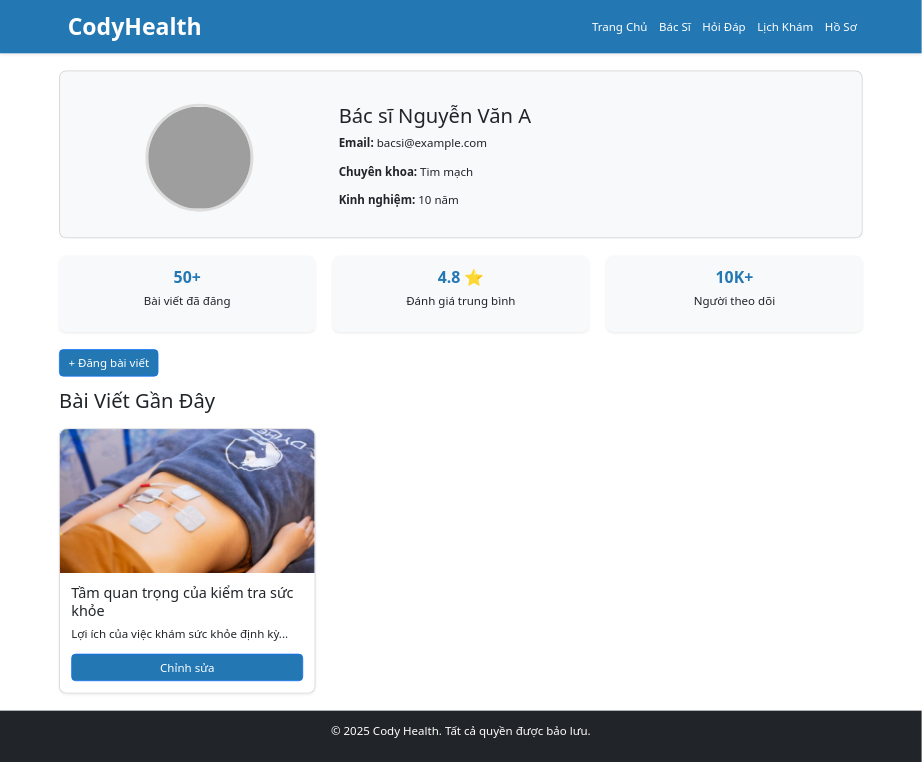
Repository: JonesKhaii/CodySocial
Page: tests/web-test/account.html
The author's editor kept a copy of each file at every save. The page is drawn from the files as they stood at one save, then again after the next save.
The browser window is 1280 px wide. The pictures show the whole page, at 72% of full size.
Pictures or frames that could not be fetched are drawn as grey boxes.

Above is the page before, as saved 2025-02-10 02:27:55.

### tests/web-test/account.html
<!DOCTYPE html>
<html lang="vi">
    <head>
        <title>Hồ Sơ Bác Sĩ</title>
        <meta charset="UTF-8" />
        <meta name="viewport" content="width=device-width, initial-scale=1.0" />
        <link
            href="https://cdn.jsdelivr.net/npm/bootstrap@5.2.3/dist/css/bootstrap.min.css"
            rel="stylesheet"
        />
        <link rel="stylesheet" href="asset/css/mystyle.css" />
        <script src="https://code.jquery.com/jquery-3.6.1.min.js"></script>
    </head>

    <body>
        <header
            class="navbar navbar-expand-lg navbar-light bg-primary shadow-sm"
        >
            <div class="container">
                <a class="navbar-brand fs-2 text-white" href="index.html"
                    >CodyHealth</a
                >
                <button
                    class="navbar-toggler"
                    type="button"
                    data-bs-toggle="collapse"
                    data-bs-target="#navbarNav"
                >
                    <span class="navbar-toggler-icon"></span>
                </button>
                <div class="collapse navbar-collapse" id="navbarNav">
                    <ul class="navbar-nav ms-auto">
                        <li class="nav-item">
                            <a class="nav-link text-white" href="index.html"
                                >Trang Chủ</a
                            >
                        </li>
                        <li class="nav-item">
                            <a class="nav-link text-white" href="#">Bác Sĩ</a>
                        </li>
                        <li class="nav-item">
                            <a class="nav-link text-white" href="#">Hỏi Đáp</a>
                        </li>
                        <li class="nav-item">
                            <a class="nav-link text-white" href="#"
                                >Lịch Khám</a
                            >
                        </li>
                        <li class="nav-item">
                            <a class="nav-link text-white active" href="#"
                                >Hồ Sơ</a
                            >
                        </li>
                    </ul>
                </div>
            </div>
        </header>

        <div class="container mt-4">
            <!-- Hồ sơ bác sĩ -->
            <div class="card profile-card p-4 mb-4">
                <div class="row">
                    <div class="col-md-4 text-center">
                        <img
                            src="asset/images/doctor.jpg"
                            class="profile-img rounded-circle"
                            alt="Bác sĩ"
                        />
                    </div>
                    <div class="col-md-8">
                        <h3>Bác sĩ Nguyễn Văn A</h3>
                        <p><strong>Email:</strong> bacsi@example.com</p>
                        <p><strong>Chuyên khoa:</strong> Tim mạch</p>
                        <p><strong>Kinh nghiệm:</strong> 10 năm</p>
                    </div>
                </div>
            </div>

            <!-- Thống kê nhanh -->
            <div class="row mb-4">
                <div class="col-md-4">
                    <div class="stat-card shadow-sm p-3 text-center">
                        <h4>50+</h4>
                        <p>Bài viết đã đăng</p>
                    </div>
                </div>
                <div class="col-md-4">
                    <div class="stat-card shadow-sm p-3 text-center">
                        <h4>4.8 ⭐</h4>
                        <p>Đánh giá trung bình</p>
                    </div>
                </div>
                <div class="col-md-4">
                    <div class="stat-card shadow-sm p-3 text-center">
                        <h4>10K+</h4>
                        <p>Người theo dõi</p>
                    </div>
                </div>
            </div>

            <!-- Nút đăng bài -->
            <button id="togglePostForm" class="btn btn-primary mb-3">
                + Đăng bài viết
            </button>

            <!-- Form đăng bài viết (Ẩn mặc định) -->
            <div
                id="postArticleSection"
                class="card p-4 mb-4"
                style="display: none"
            >
                <h3>Đăng bài viết mới</h3>
                <form id="postArticleForm">
                    <div class="mb-3">
                        <label for="articleTitle" class="form-label"
                            >Tiêu đề bài viết</label
                        >
                        <input
                            type="text"
                            class="form-control"
                            id="articleTitle"
                            required
                        />
                    </div>
                    <div class="mb-3">
                        <label for="articleCategory" class="form-label"
                            >Chuyên mục</label
                        >
                        <select class="form-select" id="articleCategory">
                            <option>Sức khỏe tổng quát</option>
                            <option>Tim mạch</option>
                            <option>Dinh dưỡng</option>
                        </select>
                    </div>
                    <div class="mb-3">
                        <label for="articleImage" class="form-label"
                            >Hình ảnh</label
                        >
                        <input
                            type="file"
                            class="form-control"
                            id="articleImage"
                        />
                    </div>
                    <div class="mb-3">
                        <label for="articleContent" class="form-label"
                            >Nội dung</label
                        >
                        <textarea
                            class="form-control"
                            id="articleContent"
                            rows="4"
                            required
                        ></textarea>
                    </div>
                    <button type="submit" class="btn btn-primary">
                        Đăng bài viết
                    </button>
                </form>
            </div>

            <!-- Danh sách bài viết gần đây -->
            <h3 class="mb-3">Bài Viết Gần Đây</h3>
            <div class="row" id="DoctorArticles">
                <div class="col-md-4">
                    <div class="card shadow-sm">
                        <img
                            src="asset/images/posts/post1.webp"
                            class="card-img-top"
                            alt="Bài viết 1"
                        />
                        <div class="card-body">
                            <h5 class="card-title">
                                Tầm quan trọng của kiểm tra sức khỏe
                            </h5>
                            <p class="card-text">
                                Lợi ích của việc khám sức khỏe định kỳ...
                            </p>
                            <button class="btn btn-primary w-100">
                                Chỉnh sửa
                            </button>
                        </div>
                    </div>
                </div>
            </div>
        </div>

        <footer class="footer text-white text-center mt-4 p-3 bg-dark">
            <p>© 2025 Cody Health. Tất cả quyền được bảo lưu.</p>
        </footer>

        <script src="asset/js/main.js"></script>
    </body>
</html>

### tests/web-test/asset/css/mystyle.css
.btn-primary {
    background-color: #2377b3 !important;
}
header.bg-primary {
    background-color: #2377b3 !important;
}
.navbar-toggler {
    border-color: #fff; /* Đổi màu viền thành trắng */
}

.navbar-toggler-icon {
    filter: invert(1); /* Đảo màu từ đen sang trắng */
}

/*General*/
h1 {
    color: #05223c;
    font-weight: bold;
}

h4 {
    color: #05223c;
    font-weight: bold;
}

.container-fluid {
    margin-top: 4%;
    margin-bottom: 2%;
}

.col-4 > p {
    margin-top: 3%;
    margin-bottom: 1%;
}

.col-4 > p > ol {
    margin-bottom: 1%;
}

.row {
    margin-top: 2% !important;
}

.col-12 > h1 {
    text-align: center;
}
/*End General*/

/*Header*/
header > .navbar {
    padding: 0px;
    border-top: 10px solid #747474;
    border-bottom: 10px solid #747474;
}

.Header {
    background-color: #747474;
    padding: 0px;
    margin: 0px;
}

#navbarSupportedContent {
    flex-grow: 0;
}

.navbar-toggler {
    margin-right: 12px;
    float: right;
}
header .navbar-brand {
    font-weight: 700;
    margin-left: 12px;
    width: 40px;
}
/*End Header*/

/* Dãy banner nhỏ */
.small-banner {
    width: 100%;
    height: 120px;
    object-fit: cover;
    border-radius: 10px;
    transition: transform 0.3s ease-in-out;
}

.small-banner:hover {
    transform: scale(1.05);
}

/*Body*/
form.nosubmit {
    border: none;
    padding: 0;
}

input.nosubmit {
    border-radius: 10px;
    width: 98%;
    border: 1px solid #555;
    display: block;
    padding: 9px 4px 9px 40px;
    background: transparent
        url("data:[embedded picture, 348 characters]")
        no-repeat 13px center;
}

#Ordem > option,
#Genero > option {
    text-align: left;
}

#Ordem,
#Genero {
    margin-right: 4%;
    float: right;
    border: 1px solid black;
    color: #5b5b5b;
    font-weight: bold;
}

#Games > div > img {
    width: 100%;
    height: 250px;
}

#Games > div {
    margin-top: 2%;
}

#Games > div > a {
    margin-top: 1.5%;
    color: black;
    text-decoration: none;
    font-size: 1.25rem;
    margin-top: 0;
    margin-bottom: 0.5rem;
    font-weight: 500;
    line-height: 1.2;
}

#Games > div > a:hover {
    color: gray;
}

#Publisher > div > img {
    width: 100%;
    height: 250px;
}

#Desc > img {
    height: 450px;
}

/* Ảnh của bài viếtviết */

.card {
    border-radius: 10px;
    transition: transform 0.3s ease-in-out;
}

.card:hover {
    transform: scale(1.03);
}

.card-img-top {
    height: 200px;
    object-fit: cover;
    border-top-left-radius: 10px;
    border-top-right-radius: 10px;
}

/* Tác giả nổi bật */
#PopularAuthors {
    display: flex;
    flex-wrap: wrap;
    justify-content: center;
}

.author-card {
    background-color: #f8f9fa;
    border-radius: 10px;
    padding: 15px;
    text-align: center;
    margin: 10px;
    transition: transform 0.3s ease-in-out;
    width: 220px;
}

.author-card:hover {
    transform: scale(1.05);
}

.author-card img {
    width: 80px;
    height: 80px;
    border-radius: 50%;
    margin-bottom: 10px;
}

.author-card h5 {
    font-size: 18px;
    font-weight: bold;
}

.author-card p {
    font-size: 14px;
    color: #6c757d;
}

/*Footer*----------------------------------------------------------------------------------------------------------/
/* Footer */
.footer {
    background-color: #2377b3; /* Màu xanh chủ đạo */
    padding: 30px 0;
    font-size: 16px;
}

/* Tiêu đề */
.footer h4 {
    font-size: 20px;
    font-weight: bold;
    margin-bottom: 10px;
}

/* Mạng xã hội */
.social-icons a {
    display: inline-block;
    margin: 0 10px;
    transition: transform 0.3s ease-in-out;
}

.social-icons img {
    width: 30px;
    height: 30px;
}

.social-icons a:hover {
    transform: scale(1.2);
}

/* Bản quyền */
.copyright {
    border-top: 1px solid rgba(255, 255, 255, 0.2);
    padding-top: 15px;
    font-size: 14px;
}

/* Hồ sơ bác sĩ */
.profile-card {
    border-radius: 10px;
    background-color: #f8f9fa;
}
.profile-img {
    width: 150px;
    height: 150px;
    object-fit: cover;
    border: 4px solid #ddd;
}

/* Bài viết đã đăng */
/* Hồ sơ bác sĩ */
.profile-card {
    border-radius: 10px;
    background-color: #f8f9fa;
}
.profile-img {
    width: 150px;
    height: 150px;
    object-fit: cover;
    border: 4px solid #ddd;
}

/* Thống kê nhanh */
.stat-card {
    border-radius: 10px;
    background-color: #f8f9fa;
}
.stat-card h4 {
    font-size: 22px;
    font-weight: bold;
    color: #2377b3;
}

/* Hiệu ứng card */
.card {
    transition: transform 0.3s ease-in-out;
}
.card:hover {
    transform: scale(1.03);
}

/* RESPONSIVE ----------------------------------------------------------------------------------------------------------------*/
@media (max-width: 1200px) {
    #Games > div > img {
        height: 180px;
    }
    #Publisher > div > img {
        height: 180px;
    }
}

@media (max-width: 1065px) {
    #Desc > img {
        height: 450px;
    }
}

@media (max-width: 990px) {
    #Desc > img {
        height: 370px;
    }
}

@media (max-width: 768px) {
    #Games > div > img {
        height: 250px;
    }
    #Publisher > div > img {
        height: 250px;
    }
    #Desc > img {
        height: 270px;
    }
}

@media (max-width: 610px) {
    #Desc > img {
        height: 230px;
    }
}

@media (max-width: 450px) {
    #Games > div > img {
        height: 180px;
    }
    #Publisher > div > img {
        height: 180px;
    }
    #Desc > img {
        height: 180px;
    }
}

@media (max-width: 350px) {
    #Desc > img {
        height: 140px;
    }
}

@media (max-width: 990px) {
    #About > div > div > div > #Ico {
        width: 6%;
    }
    #About > div > div > div > #Social {
        width: 8%;
    }
}

@media (max-width: 760px) {
    #About > div > div > div > #Ico {
        width: 8%;
    }
    #About > div > div > div > #Social {
        width: 10%;
    }
}

footer {
    background-color: #b2b2b2;
    font-size: small;
    width: 100%;
}

footer > div > img {
    float: right;
    padding-right: 15px;
}
/*Fim Footer*/

### tests/web-test/asset/js/main.js
$(document).ready(function () {
    loadArticles(false, window.screen.width);
});

// Biến đếm số trang để tải thêm bài viết
var countArticles = 1;

// Sự kiện khi nhấn nút "Tải thêm bài viết"
$("#PlusArticles").click(function () {
    countArticles += 1;
    loadArticles(false, window.screen.width);
});

// Sự kiện khi nhấn nút "Thu gọn bài viết"
$("#CollapseArticles").click(function () {
    countArticles = 1;
    loadArticles(true, window.screen.width);
    $("#CollapseArticles").hide(); // Ẩn nút "Thu gọn bài viết" sau khi reset danh sách
});

// Sự kiện thay đổi thể loại bài viết
$("#Genero").on('change', function () {
    countArticles = 1;
    loadArticles(true, window.screen.width);
});

// Sự kiện tìm kiếm bài viết
$('#Pesquisar').on('input', function () {
    countArticles = 1;
    loadArticles(true, window.screen.width);
});

// Hàm tải bài viết từ file JSON
function loadArticles(clearArticles, w_width) {
    if (clearArticles) {
        $("#Articles").empty();
        countArticles = 1; // Reset số trang khi tìm kiếm hoặc lọc thể loại
    }

    $.getJSON("asset/js/articles.json", function (data) {
        let selectedCategory = $("#Genero option:selected").text(); // Lấy thể loại được chọn

        // Nếu không phải "Tất cả", lọc bài viết theo thể loại
        if (selectedCategory !== "Tất cả") {
            data = data.filter(article => article.category === selectedCategory);
        }

        let startIndex = (countArticles - 1) * 6; // Lấy tiếp 6 bài mới khi tải thêm
        let articlesToShow = data.slice(startIndex, startIndex + 6);

        articlesToShow.forEach(article => {
            let articleHtml = `
                <div class="col-md-4">
                    <div class="card mb-3 shadow-sm mt-3">
                        <img src="${article.image}" class="card-img-top" alt="${article.title}">
                        <div class="card-body">
                            <h5 class="card-title">${article.title}</h5>
                            <h6 class="card-subtitle mb-2 text-muted">${article.category}</h6>
                            <p class="card-text">${article.content.substring(0, 100)}...</p>
                            <p class="card-text"><small class="text-muted">Tác giả: ${article.author} - ${article.published_date}</small></p>
                            <a href="article-detail.html?id=${article.id}" class="btn btn-primary">Xem chi tiết</a>
                        </div>
                    </div>
                </div>
            `;
            $("#Articles").append(articleHtml);
        });

        // Ẩn nút "Tải thêm bài viết" nếu không còn bài mới
        if (startIndex + 6 >= data.length) {
            $("#PlusArticles").hide();
        } else {
            $("#PlusArticles").show();
        }

        // Hiển thị nút "Thu gọn bài viết" nếu có nhiều bài viết
        if (countArticles > 1) {
            $("#CollapseArticles").show();
        } else {
            $("#CollapseArticles").hide();
        }
    }).fail(function () {
        console.error("Không thể tải dữ liệu từ articles.json");
    });
}

// Hàm xác định số cột hiển thị dựa trên kích thước màn hình
function getColumnSize(w_width) {
    if (w_width <= 768) return 12;  // 1 cột trên màn hình nhỏ
    if (w_width > 768 && w_width <= 990) return 6; // 2 cột trên màn hình trung bình
    return 4; // 3 cột trên màn hình lớn
}

// Hàm điều chỉnh bố cục khi thay đổi kích thước cửa sổ
function adjustLayout(width) {
    $('#Articles').children().each(function () {
        $(this).attr('class', `col-${getColumnSize(width)}`);
    });
}

// Tải danh sách tác giả
document.addEventListener("DOMContentLoaded", function () {
    loadPopularAuthors();
});

function loadPopularAuthors() {
    fetch("asset/js/authors.json")
        .then(response => response.json())
        .then(authors => {
            const authorsContainer = document.getElementById("PopularAuthors");
            authorsContainer.innerHTML = "";

            authors.forEach(author => {
                const authorCard = `
                    <div class="col-md-3">
                        <a href="author-detail.html?id=${author.id}" class="text-decoration-none text-dark">
                            <div class="card shadow-sm p-3 text-center author-card">
                                <img src="${author.image}" alt="${author.name}" class="rounded-circle mb-2" style="width: 80px; height: 80px;">
                                <h5>${author.name}</h5>
                                <p class="text-muted">${author.field}</p>
                            </div>
                        </a>
                    </div>
                `;
                authorsContainer.innerHTML += authorCard;
            });
        })
        .catch(error => console.error("Không thể tải dữ liệu từ authors.json", error));
}


// Form đăng bài viết
$(document).ready(function () {
    $("#togglePostForm").click(function () {
        $("#postArticleSection").slideToggle();
    });
});

### tests/web-test/asset/js/authors.json
[
    {
        "id": 1,
        "name": "Bác sĩ Nguyễn Văn A",
        "field": "Chuyên gia Tim mạch",
        "image": "asset/images/users/doctor1.jpeg"
    },
    {
        "id": 2,
        "name": "Bác sĩ Trần Thị B",
        "field": "Chuyên gia Dinh dưỡng",
        "image": "asset/images/users/doctor1.jpeg"
    },
    {
        "id": 3,
        "name": "Bác sĩ Lê Hồng C",
        "field": "Bác sĩ Nội khoa",
        "image": "asset/images/users/doctor1.jpeg"
    },
    {
        "id": 4,
        "name": "Giáo sư Phạm Văn D",
        "field": "Nghiên cứu Y tế",
        "image": "asset/images/users/doctor1.jpeg"
    },
    {
        "id": 5,
        "name": "Tiến sĩ Hoàng Minh E",
        "field": "Chuyên gia Bệnh truyền nhiễm",
        "image": "asset/images/users/doctor1.jpeg"
    },
    {
        "id": 6,
        "name": "Bác sĩ Lê Văn F",
        "field": "Chăm sóc người cao tuổi",
        "image": "asset/images/users/doctor1.jpeg"
    },
    {
        "id": 7,
        "name": "Bác sĩ Nguyễn Thị G",
        "field": "Chuyên gia Sức khỏe phụ nữ",
        "image": "asset/images/users/doctor1.jpeg"
    },
    {
        "id": 8,
        "name": "Bác sĩ Phan Quốc H",
        "field": "Chuyên gia Sức khỏe nam giới",
        "image": "asset/images/users/doctor1.jpeg"
    }
]

Loaded but not shown: tests/web-test/asset/js/articles.json (137 lines, source omitted)

After the next save:
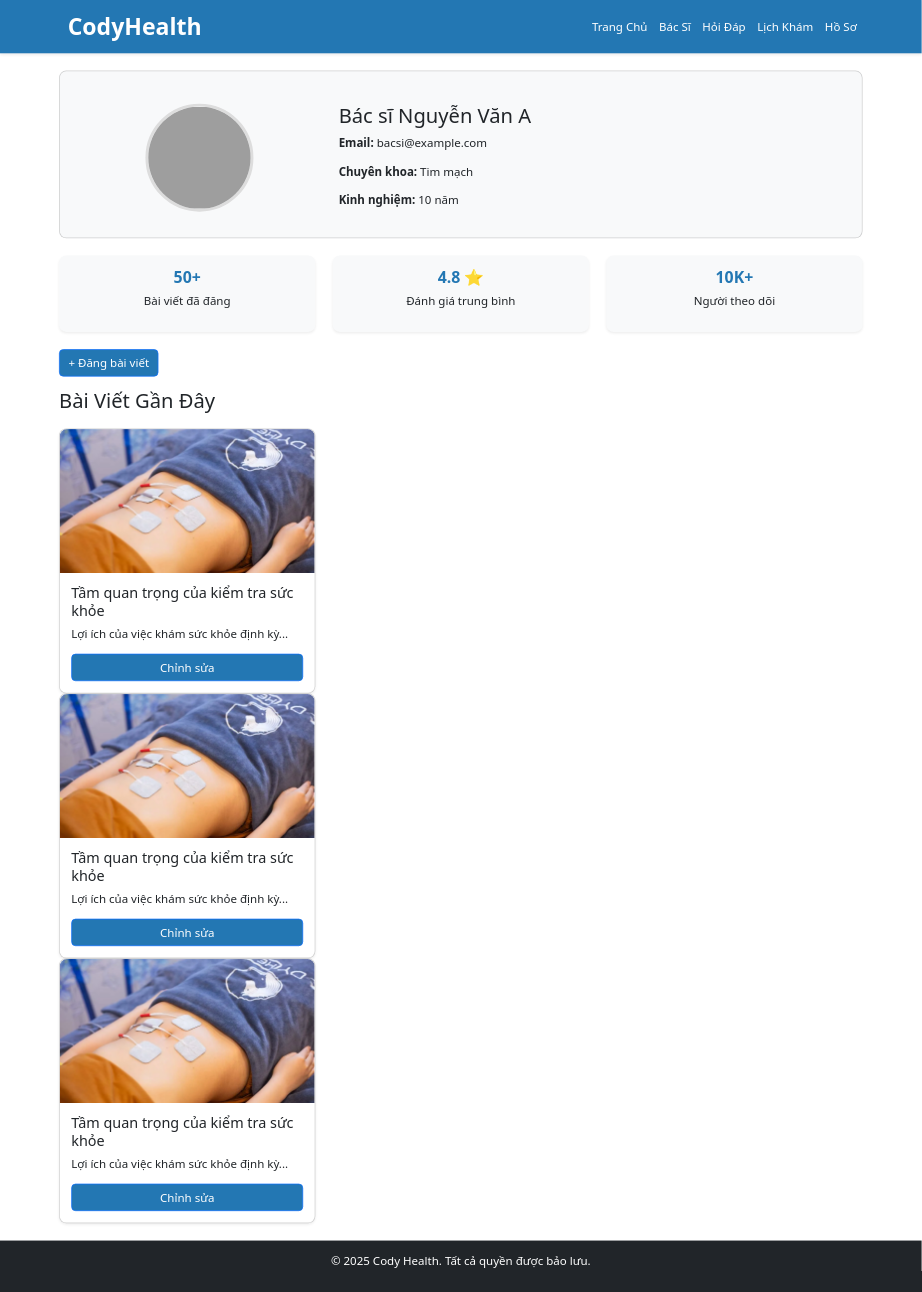
Saved 14 s later.
--- a/tests/web-test/account.html
+++ b/tests/web-test/account.html
@@ -181,6 +181,42 @@
                             </button>
                         </div>
                     </div>
+                    <div class="card shadow-sm">
+                        <img
+                            src="asset/images/posts/post1.webp"
+                            class="card-img-top"
+                            alt="Bài viết 1"
+                        />
+                        <div class="card-body">
+                            <h5 class="card-title">
+                                Tầm quan trọng của kiểm tra sức khỏe
+                            </h5>
+                            <p class="card-text">
+                                Lợi ích của việc khám sức khỏe định kỳ...
+                            </p>
+                            <button class="btn btn-primary w-100">
+                                Chỉnh sửa
+                            </button>
+                        </div>
+                    </div>
+                    <div class="card shadow-sm">
+                        <img
+                            src="asset/images/posts/post1.webp"
+                            class="card-img-top"
+                            alt="Bài viết 1"
+                        />
+                        <div class="card-body">
+                            <h5 class="card-title">
+                                Tầm quan trọng của kiểm tra sức khỏe
+                            </h5>
+                            <p class="card-text">
+                                Lợi ích của việc khám sức khỏe định kỳ...
+                            </p>
+                            <button class="btn btn-primary w-100">
+                                Chỉnh sửa
+                            </button>
+                        </div>
+                    </div>
                 </div>
             </div>
         </div>
